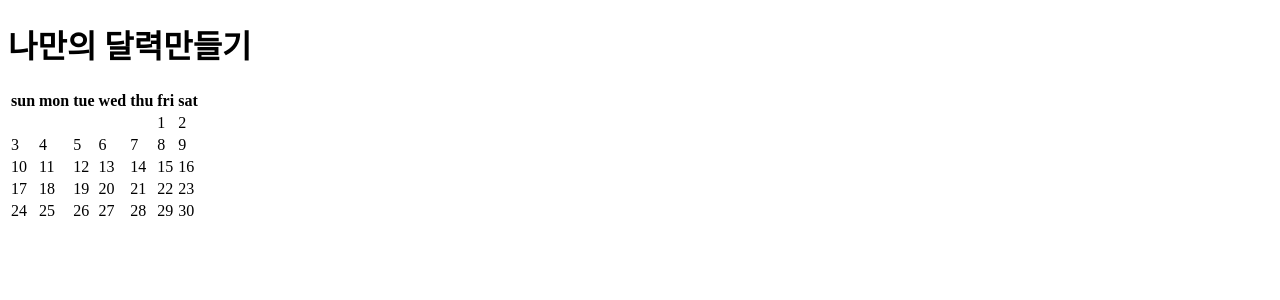
Repository: rong9835/spc2026
Page: homework/calendar.html
An editor plug-in stored every save of this project. The page is shown before and after the next save, followed by the edit.
The browser window is 1280 px wide. The pictures show the whole page.

Above is the page before, as saved 2026-04-22 22:43:48.

After the next save:
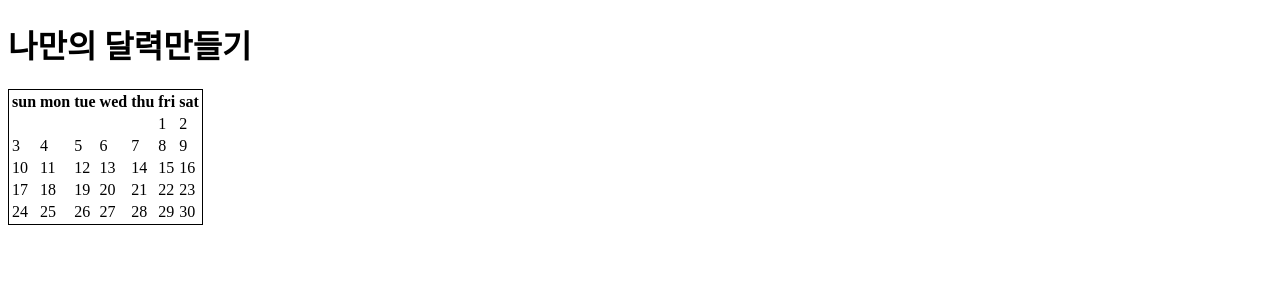
Saved 21 s later.
--- a/homework/calendar.html
+++ b/homework/calendar.html
@@ -4,6 +4,7 @@
     <meta charset="UTF-8" />
     <meta name="viewport" content="width=device-width, initial-scale=1.0" />
     <title>Document</title>
+    <link rel="stylesheet" href="calendar.css" />
   </head>
   <body>
     <h1>나만의 달력만들기</h1>
